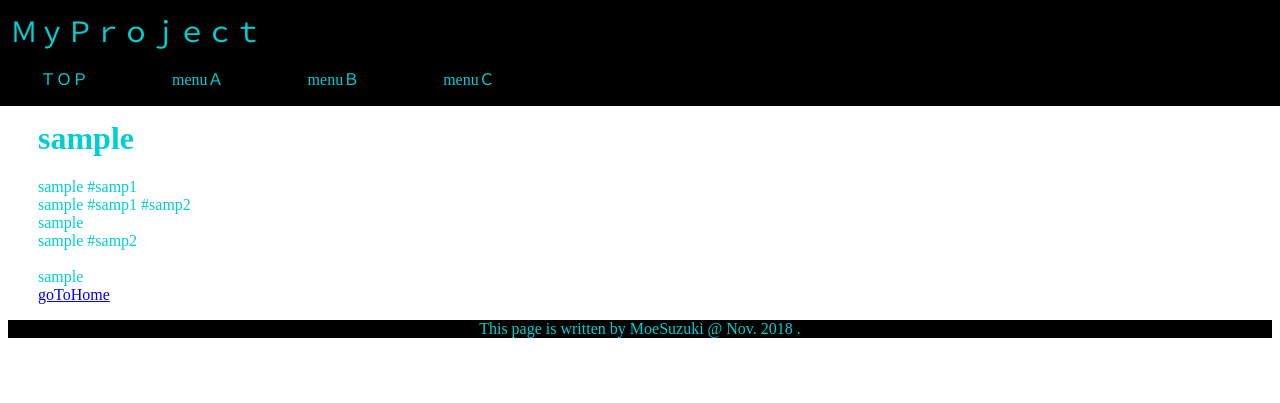
Repository: user10112018/test
Page: http://localhost/MyProject/jquery.jsp
The author's editor kept a copy of each file at every save. The page is drawn from the files as they stood at one save, then again after the next save.
The browser window is 1280 px wide. The pictures show the whole page.
The page is served by Tomcat 9.

Above is the page before, as saved 2018-11-20 06:43:00.

After the next save:
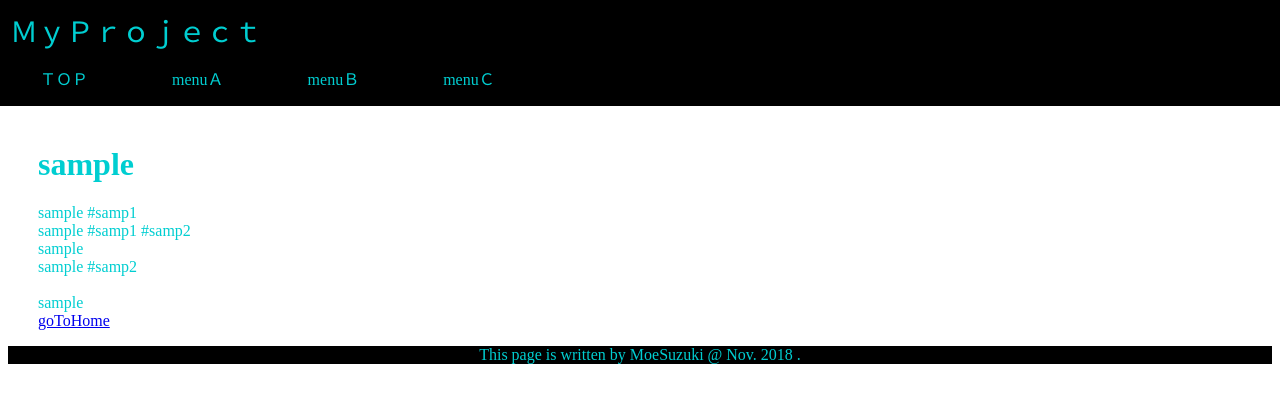
Saved 112 s later.
--- a/MyProject/WebContent/jquery.jsp
+++ b/MyProject/WebContent/jquery.jsp
@@ -10,7 +10,11 @@
 
 <title>jQuery</title>
 
-
+<stylet>
+#main {
+	text-align:center;
+	}
+</stylet>
 
 
 </head>
@@ -45,7 +49,7 @@
 
 <!-- ==== main ===== -->
 
-<main>
+<div id="main">
 <div id="main-container">
 
 <h1>
@@ -83,7 +87,7 @@ sample
 
 
 <!-- ======================= ココマデ ===================================== -->
-</main>
+</div>
 
 <!-- ==== footer ===== -->
 <footer>
